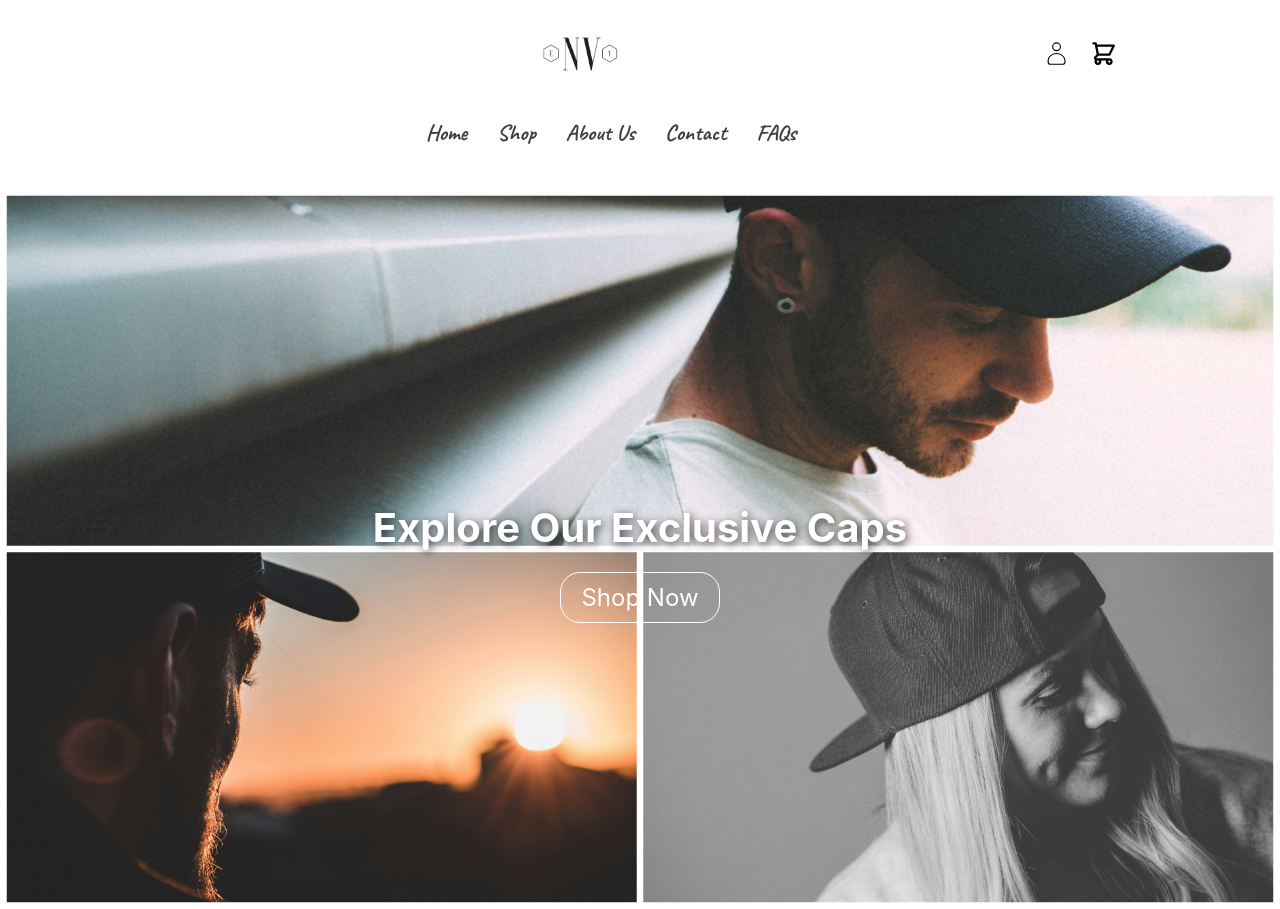
Repository: lasity34/new-envy
Page: / (app in my-new-envy/)
The author's editor kept a copy of each file at every save. The page is drawn from the files as they stood at one save, then again after the next save.
The browser window is 1280 px wide. The pictures show the whole page.
The project was rebuilt for these pictures with package versions that can differ from the ones it lists, and the page was loaded fresh each time.

Above is the page before, as saved 2024-04-22 10:32:10.

After the next save:
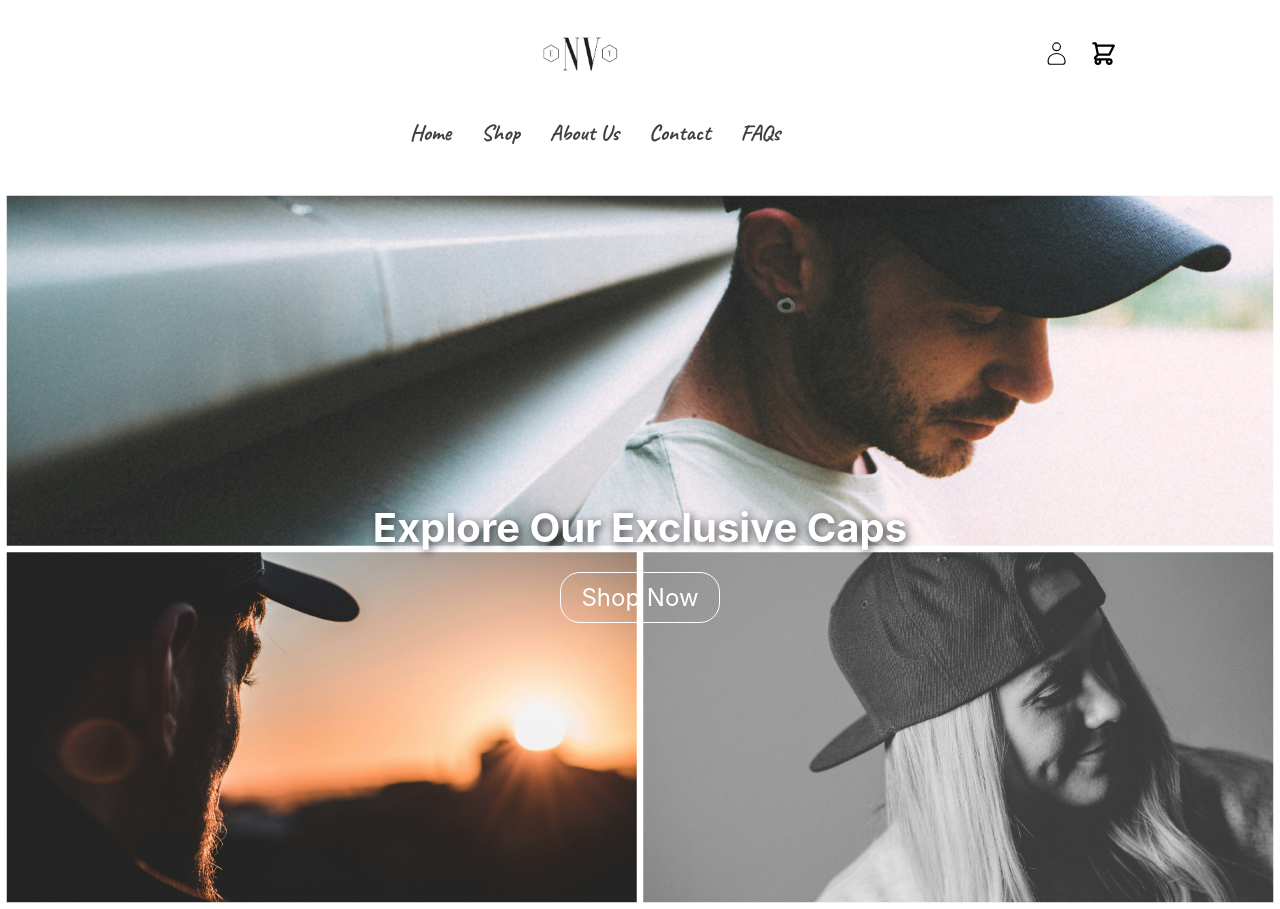
Saved 26 s later.
--- a/my-new-envy/src/components/Header.tsx
+++ b/my-new-envy/src/components/Header.tsx
@@ -43,7 +43,7 @@ const Nav = styled.nav`
   width: 100%;
   display: flex;
   justify-content: center;
-  margin-right: 8em;
+  margin-right: 10em;
 
 `;
 
